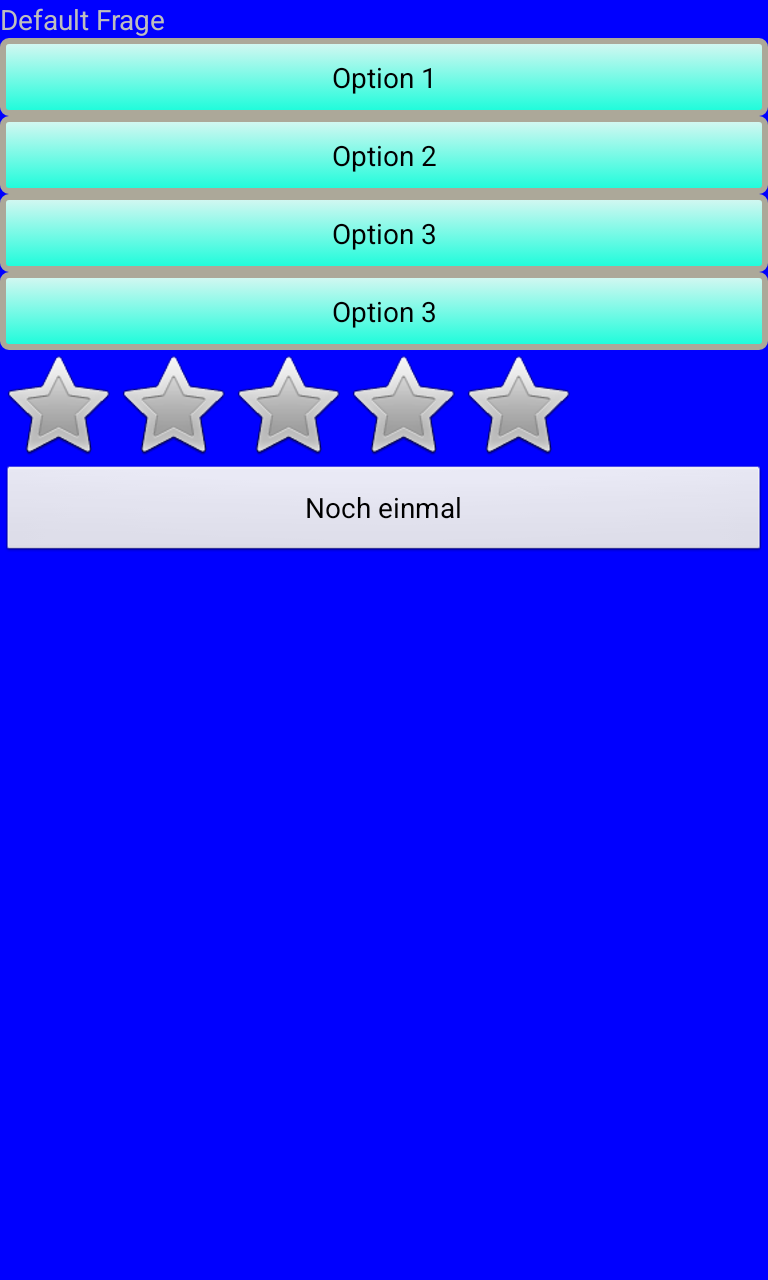
Repository: rueckemann/WWM
Layout: WWM/res/layout/main.xml
An editor plug-in stored every save of this project. The layout is shown before and after the next save, followed by the edit.
It is drawn on a 768 x 1280 px phone screen (xhdpi) without system bars, with theme WWM_Style; the app's code is not run.

Above is the layout before, as saved 2012-02-20 20:19:01.

### WWM/res/layout/main.xml
<?xml version="1.0" encoding="utf-8"?>

<LinearLayout xmlns:android="http://schemas.android.com/apk/res/android"
	    android:id="@+id/Layout1"
	    android:layout_width="fill_parent"
	    android:layout_height="fill_parent"
	    android:orientation="vertical" >


    <TextView
        android:id="@+id/tvQuestion"
        android:layout_width="fill_parent"
        android:layout_height="wrap_content"
        android:text="@string/frage" />

		<Button
            android:id="@+id/btOption1"
            android:layout_width="fill_parent"
            android:layout_height="wrap_content"
            android:background="@drawable/button_selector"
            android:text="@string/option1" />
    <Button
        android:id="@+id/btOption2"
        android:layout_width="fill_parent"
        android:layout_height="wrap_content"
        android:background="@drawable/button_selector"
        android:text="@string/option2"  />

    <Button
        android:id="@+id/btOption3"
        android:layout_width="fill_parent"
        android:layout_height="wrap_content"
        android:background="@drawable/button_selector"
        android:text="@string/option3" />


    <Button
        android:id="@+id/btOption4"
        android:layout_width="fill_parent"
        android:layout_height="wrap_content"
        android:background="@drawable/button_selector"
        android:text="@string/option4" />

 <RatingBar
        android:id="@+id/ratingBar1"
        android:layout_width="wrap_content"
        android:layout_height="wrap_content"
        android:stepSize="1"
        android:numStars="5" />

    <Button
        android:id="@+id/btRetry"
        android:layout_width="fill_parent"
        android:layout_height="wrap_content"
        android:text="@string/retry" />

</LinearLayout>

### WWM/res/values/styles.xml
<?xml version="1.0" encoding="utf-8"?>
<resources>

   <style name="WWM_Style" parent="android:Theme">

        <item name="android:textAppearance">@style/WWM_TextAppearance</item>

        <item name="android:windowTitleBackgroundStyle">@color/titlebackgroundcolor</item>
        <item name="android:background">@color/blue</item>
        <item name="android:windowBackground">@color/black</item>
    		<item name="android:colorBackground">@color/red</item>
    </style>

   <style name="WWM_TextAppearance" parent="@android:style/TextAppearance">
	    <item name="android:textSize">12sp</item>
	    <item name="android:textColor">#fff</item>
	    <item name="android:textStyle">bold</item>
	  </style>
</resources>

### WWM/res/values/colors.xml
<?xml version="1.0" encoding="utf-8"?>
<resources>
     <color name="black">#000</color>
     <color name="blue">#00f</color>
     <color name="red">#f00</color>
     <color name="grey">#f00</color>
     <color name="yellow1">#F9E60E</color>
	   <color name="yellow2">#F9F89D</color>
	   <color name="orange4">#F7BE45</color>
	   <color name="orange5">#F7D896</color>
	   <color name="blue2">#19FCDA</color>
	   <color name="blue25">#D9F7F2</color>
	   <color name="grey05">#ACA899</color>
	   <color name="white1">#FFFFFF</color>
	   <color name="white2">#DDDDDD</color>

     <color name="titlebackgroundcolor">#3232CD</color>
     <color name="backgroundcolor">#3232CD</color>
     <color name="titletextcolor">#FFFF00</color>

</resources>

### WWM/res/values/strings.xml
<?xml version="1.0" encoding="utf-8"?>
<resources>

    <string name="app_name">Wer wird Millionär?</string>

    <string name="frage">Default Frage</string>
    <string name="stufe">Stufe 1</string>
    <string name="option1">Option 1</string>
    <string name="option2">Option 2</string>
    <string name="option3">Option 3</string>
    <string name="option4">Option 3</string>

    <string name="retry">Noch einmal</string>
</resources>

### WWM/res/drawable-hdpi/button_selector.xml
<?xml version="1.0" encoding="UTF-8"?>

<selector
    xmlns:android="http://schemas.android.com/apk/res/android">

    <item android:state_pressed="true" >
        <shape>
            <gradient
                android:startColor="@color/blue"
                android:endColor="@color/blue"
                android:angle="270" />
            <stroke
                android:width="3dp"
                android:color="@color/grey" />
            <corners
                android:radius="3dp" />
            <padding
                android:left="10dp"
                android:top="10dp"
                android:right="10dp"
                android:bottom="10dp" />
        </shape>
    </item>

    <item android:state_focused="true" >
        <shape>
            <gradient
                android:endColor="@color/orange4"
                android:startColor="@color/orange5"
                android:angle="270" />
            <stroke
                android:width="3dp"
                android:color="@color/grey05" />
            <corners
                android:radius="3dp" />
            <padding
                android:left="10dp"
                android:top="10dp"
                android:right="10dp"
                android:bottom="10dp" />
        </shape>
    </item>

    <item>
        <shape>
            <gradient
                android:endColor="@color/blue2"
                android:startColor="@color/blue25"
                android:angle="270" />
            <stroke
                android:width="3dp"
                android:color="@color/grey05" />
            <corners
                android:radius="3dp" />
            <padding
                android:left="10dp"
                android:top="10dp"
                android:right="10dp"
                android:bottom="10dp" />
        </shape>
    </item>
</selector>

After the next save:
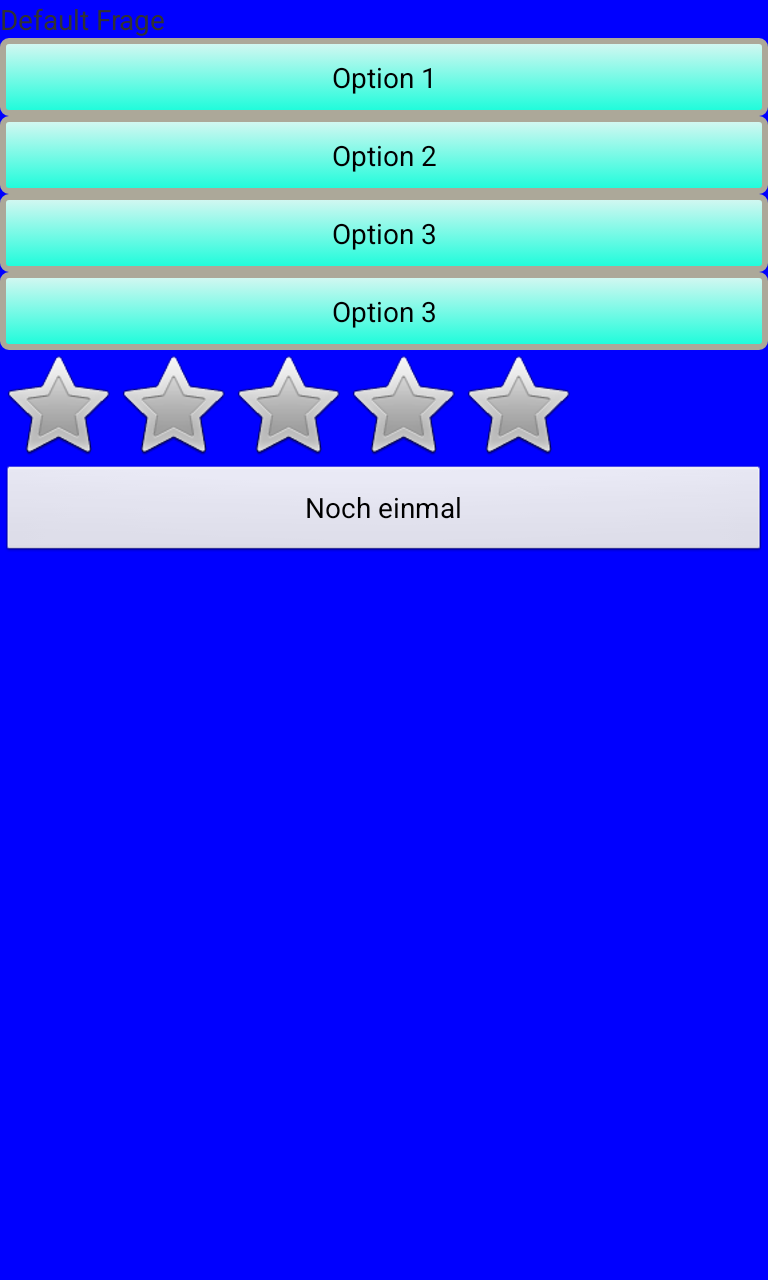
Saved 64 s later.
--- a/WWM/res/values/styles.xml
+++ b/WWM/res/values/styles.xml
@@ -1,7 +1,7 @@
 <?xml version="1.0" encoding="utf-8"?>
 <resources>
 
-   <style name="WWM_Style" parent="android:Theme">
+   <style name="WWM_Style" parent="android:Theme.Light">
 
         <item name="android:textAppearance">@style/WWM_TextAppearance</item>
 
